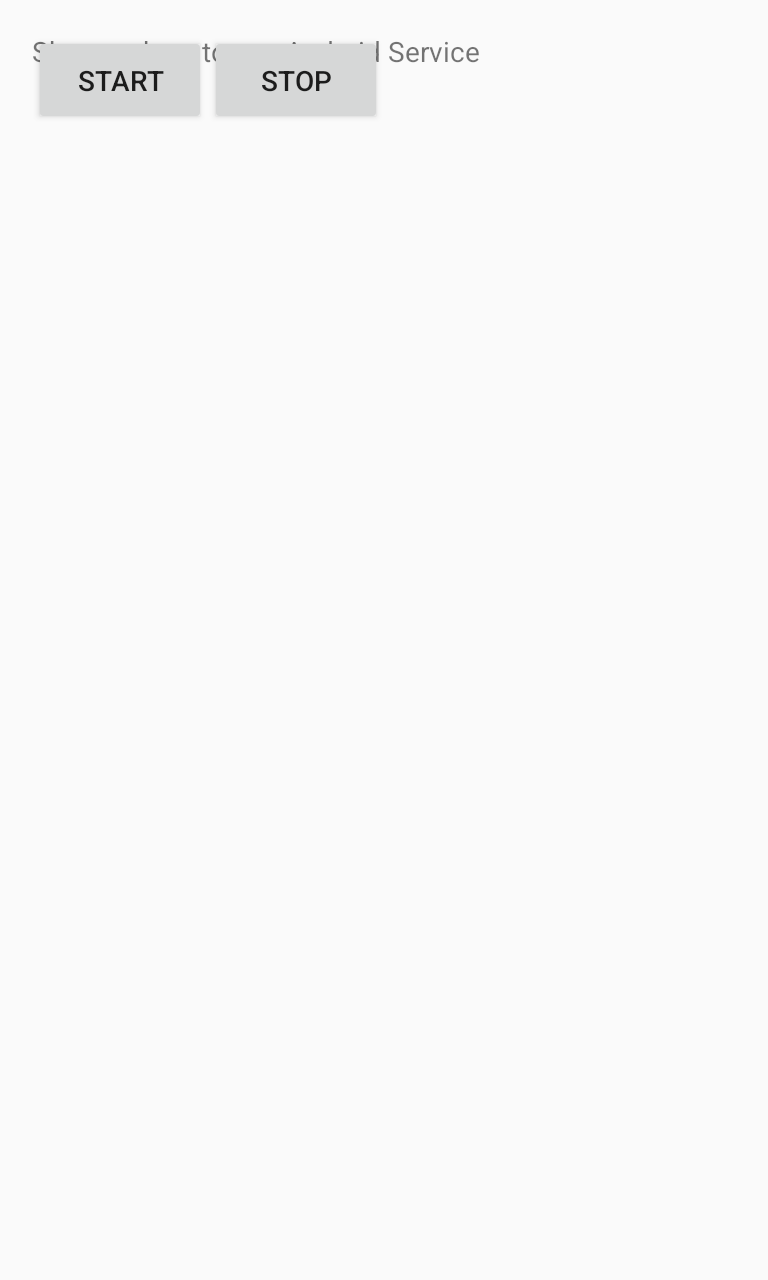
Repository: csrgxtu/Android
Layout: AndroidService/res/layout/activity_main.xml
An editor plug-in stored every save of this project. The layout is shown before and after the next save, followed by the edit.
It is drawn on a 768 x 1280 px phone screen (xhdpi) without system bars, with theme AppTheme; the app's code is not run.

Above is the layout before, as saved 2015-04-23 13:10:57.

### AndroidService/res/layout/activity_main.xml
<RelativeLayout xmlns:android="http://schemas.android.com/apk/res/android"
    xmlns:tools="http://schemas.android.com/tools"
    android:layout_width="match_parent"
    android:layout_height="match_parent"
    android:paddingBottom="@dimen/activity_vertical_margin"
    android:paddingLeft="@dimen/activity_horizontal_margin"
    android:paddingRight="@dimen/activity_horizontal_margin"
    android:paddingTop="@dimen/activity_vertical_margin"
    tools:context="io.github.csrgxtu.AndroidService.MainActivity" >

    <TextView
        android:id="@+id/intro"
        android:layout_width="wrap_content"
        android:layout_height="wrap_content"
        android:text="@string/intro" />

    <LinearLayout
        android:layout_width="wrap_content"
        android:layout_height="wrap_content"
        android:orientation="horizontal">

	    <Button
	        android:id="@+id/start_service"
	        android:layout_width="wrap_content"
	        android:layout_height="wrap_content"
	        android:text="@string/start_service" />

	    <Button
	        android:id="@+id/stop_service"
	        android:layout_width="wrap_content"
	        android:layout_height="wrap_content"
	        android:text="@string/stop_service" />

    </LinearLayout>

</RelativeLayout>

### AndroidService/res/values/strings.xml
<?xml version="1.0" encoding="utf-8"?>
<resources>

    <string name="app_name">AndroidService</string>
    <string name="start_service">Start</string>
    <string name="stop_service">Stop</string>
    <string name="intro">Show ya how to use Android Service</string>
    <string name="action_settings">Settings</string>

</resources>

Loaded but not shown: AndroidService/res/values/styles.xml (common file); AndroidService/res/values-v11/styles.xml (common file); AndroidService/res/values-v14/styles.xml (common file); AndroidService/res/values/dimens.xml (common file); AndroidService/res/values-w820dp/dimens.xml (common file)

After the next save:
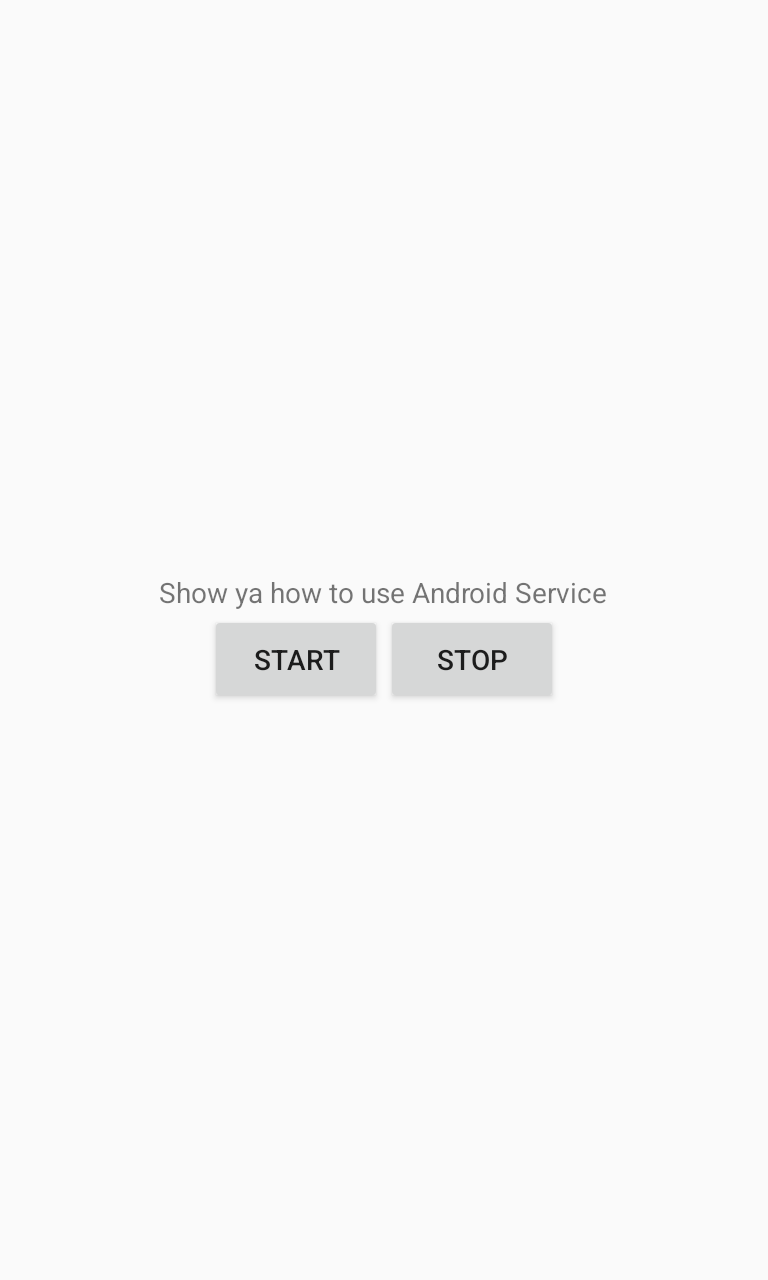
Saved 2 min 10 s later.
--- a/AndroidService/res/layout/activity_main.xml
+++ b/AndroidService/res/layout/activity_main.xml
@@ -1,11 +1,9 @@
-<RelativeLayout xmlns:android="http://schemas.android.com/apk/res/android"
+<LinearLayout xmlns:android="http://schemas.android.com/apk/res/android"
     xmlns:tools="http://schemas.android.com/tools"
     android:layout_width="match_parent"
     android:layout_height="match_parent"
-    android:paddingBottom="@dimen/activity_vertical_margin"
-    android:paddingLeft="@dimen/activity_horizontal_margin"
-    android:paddingRight="@dimen/activity_horizontal_margin"
-    android:paddingTop="@dimen/activity_vertical_margin"
+    android:gravity="center"
+    android:orientation="vertical"
     tools:context="io.github.csrgxtu.AndroidService.MainActivity" >
 
     <TextView
@@ -33,4 +31,4 @@
 
     </LinearLayout>
 
-</RelativeLayout>
+</LinearLayout>
